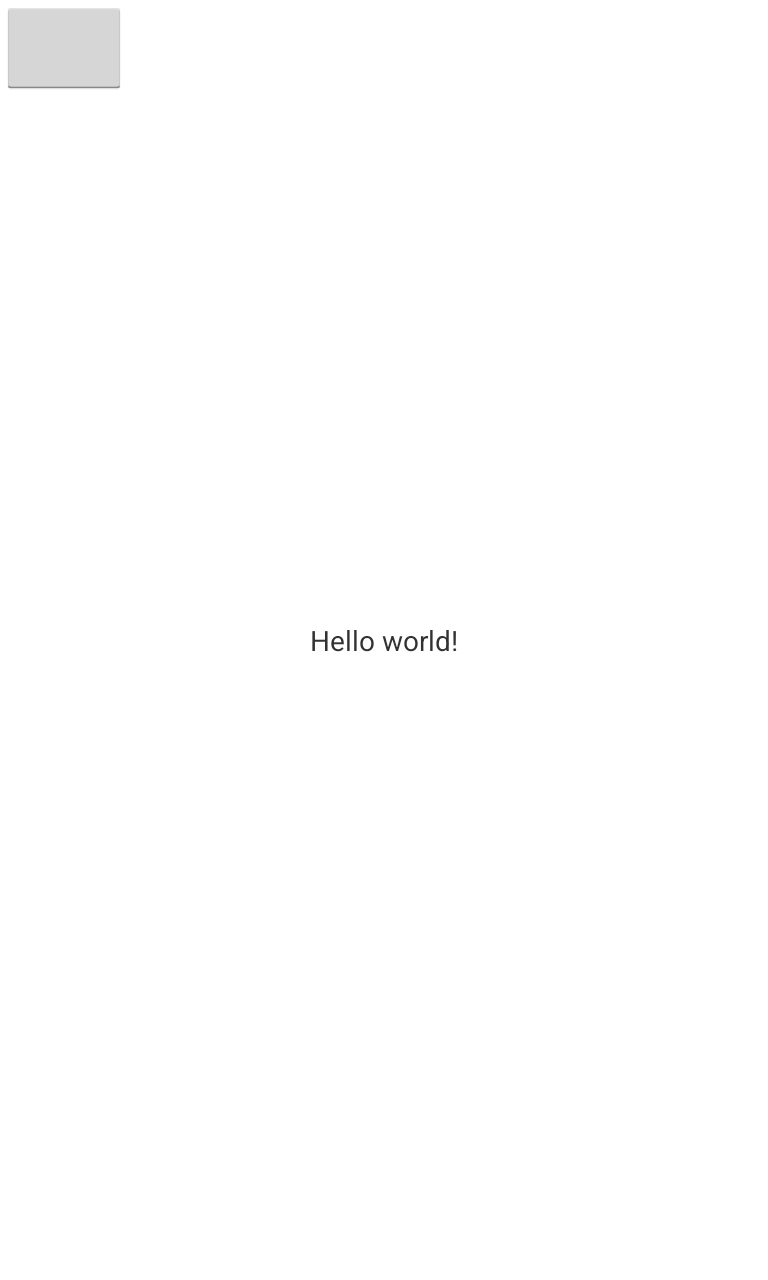
Repository: yuxiaolongwin/chemepress
Layout: workspace/test/res/layout/activity_main.xml
The author's editor kept a copy of each file at every save. The layout is drawn from the files as they stood at one save, then again after the next save.
It is drawn on a 768 x 1280 px phone screen (xhdpi) without system bars, with theme AppTheme; the app's code is not run.

Above is the layout before, as saved 2012-12-13 06:22:18.

After the next save:
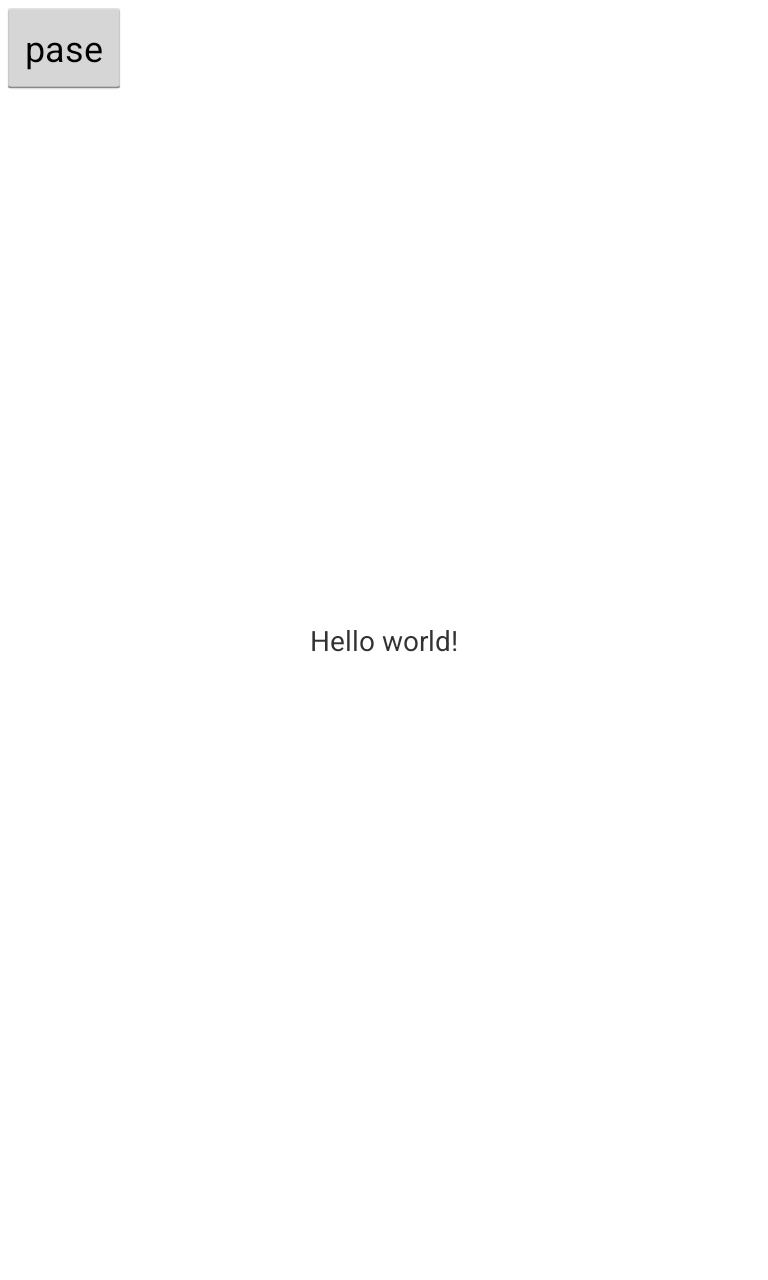
Saved 112 s later.
--- a/workspace/test/res/layout/activity_main.xml
+++ b/workspace/test/res/layout/activity_main.xml
@@ -13,7 +13,8 @@
     <Button
         android:id="@+id/button"
         android:layout_width="wrap_content"
-        android:layout_height="wrap_content" />
+        android:layout_height="wrap_content"
+        android:text="pase" />
 
     <TextView
         android:id="@+id/text"
